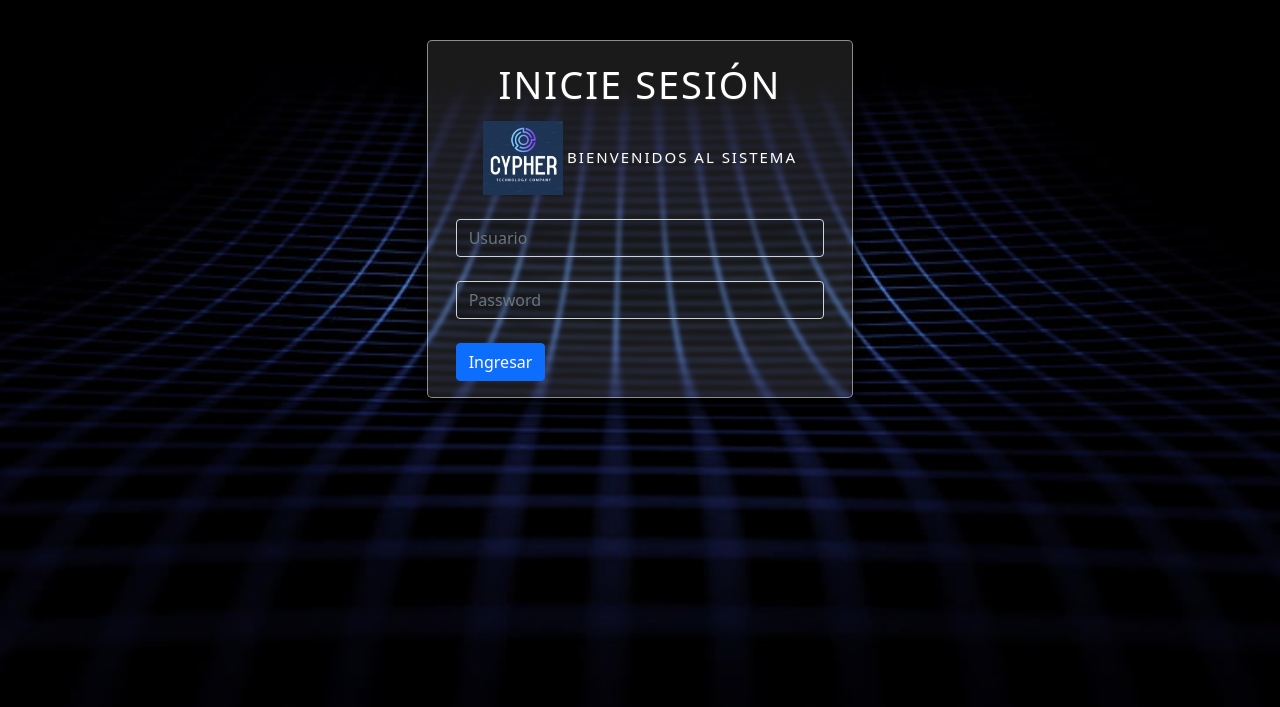
Repository: Grupo13E4/HighTechCypher
Page: http://localhost/Ciclo3demo/inicio.jsp
The author's editor kept a copy of each file at every save. The page is drawn from the files as they stood at one save, then again after the next save.
The browser window is 1280 px wide. The pictures show the whole page.
The page is served by Tomcat 9.

Above is the page before, as saved 2021-09-16 19:05:28.

After the next save:
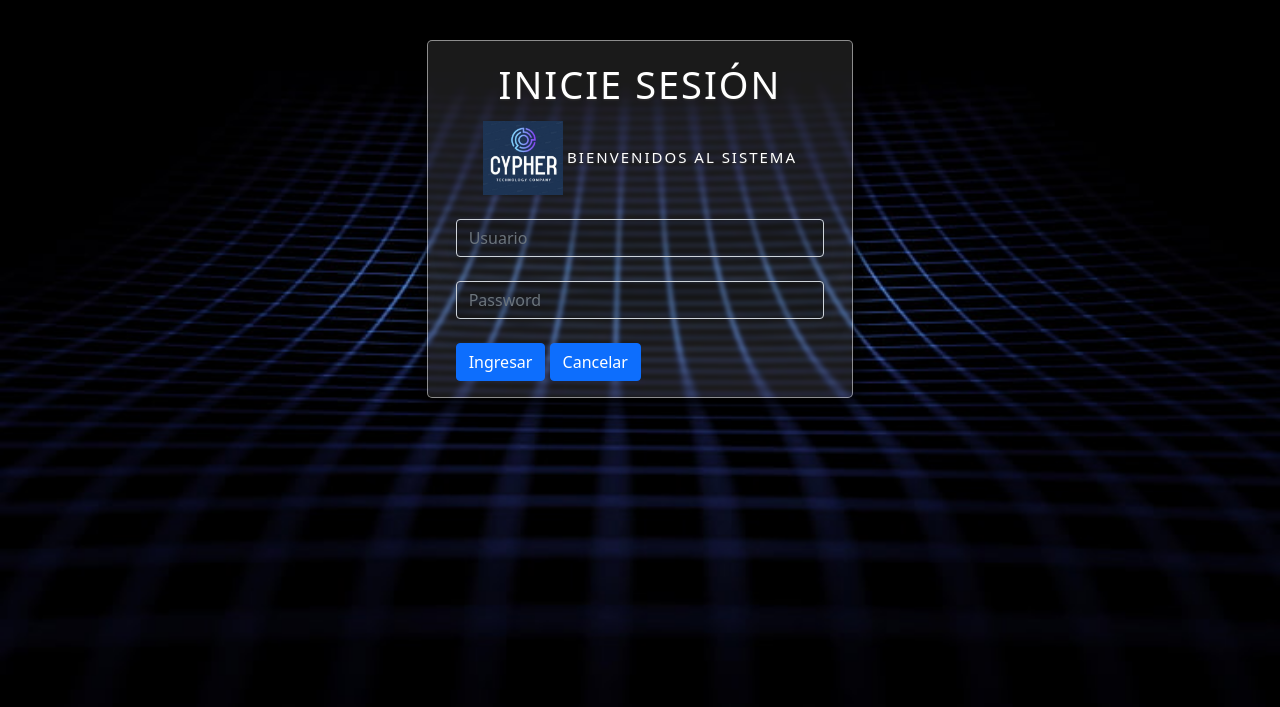
Saved 31 s later.
--- a/Ciclo3demo/src/main/webapp/inicio.jsp
+++ b/Ciclo3demo/src/main/webapp/inicio.jsp
@@ -32,7 +32,7 @@
 					</div>
 					<div>
 						<input type="submit" name="accion" value="Ingresar" class="btn btn-primary btn-lm mt-4">
-
+						<a class="btn btn-primary btn-lm mt-4" href="inicio.jsp" role="button">Cancelar</a>
 					</div>
 				</form>
 			</div>
